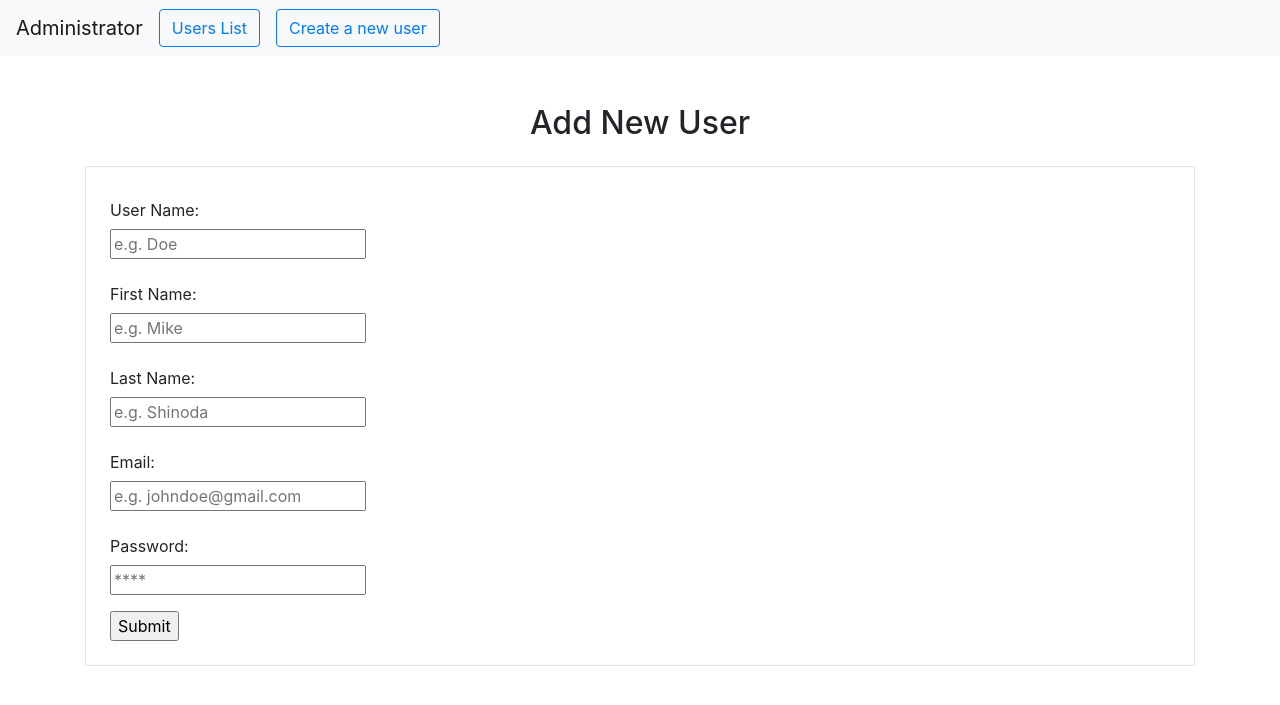
Repository: Dimitris-Kaler/Keycloak-Admin-Web-Interface
Page: http://localhost/rest-api/src/webapp/createUser.jsp
These files come from the project's save history. The page is drawn as it stood at one moment and after the next save; the edit follows.
The browser window is 1280 px wide. The pictures show the whole page.
The page is served by Tomcat 9. Other server files are loaded and not shown.

Above is the page before, as saved 2023-12-22 18:45:29.

### rest-api/src/webapp/createUser.jsp
<%@ page language="java" contentType="text/html; charset=ISO-8859-1"
    pageEncoding="ISO-8859-1"%>
<!DOCTYPE html>
<html>
<head>
<meta charset="ISO-8859-1">
<title>Insert title here</title>
<link rel="stylesheet" href="https://maxcdn.bootstrapcdn.com/bootstrap/4.0.0/css/bootstrap.min.css" integrity="sha384-Gn5384xqQ1aoWXA+058RXPxPg6fy4IWvTNh0E263XmFcJlSAwiGgFAW/dAiS6JXm" crossorigin="anonymous">
</head>
<body>
	   <nav class="navbar navbar-expand-lg navbar-light bg-light">
        <a class="navbar-brand" href="#">Administrator</a>
        <button class="navbar-toggler" type="button" data-toggle="collapse" data-target="#navbarNav"
            aria-controls="navbarNav" aria-expanded="false" aria-label="Toggle navigation">
            <span class="navbar-toggler-icon"></span>
        </button>
        <div class="collapse navbar-collapse" id="navbarNav">
            <ul class="navbar-nav">
                <li class="nav-item active">
                    <form class="form-inline my-2 my-lg-0" action="userRepository" method="GET">
                        <button class="btn btn-outline-primary my-2 my-sm-0" type="submit">Users List</button>
                    </form>
                </li>
                <li class="nav-item">
                    <form class="form-inline my-2 my-lg-0 mx-3" action="createUser" method="GET">
                        <button class="btn btn-outline-primary my-2 my-sm-0" type="submit">Create a new user</button>
                    </form>
                </li>
            </ul>
        </div>
    </nav>
    <div class="container mt-5">
<h2 class="text-center mb-4">Add New User</h2>
<form class="border p-4 form"action="addUser"method="POST" >
<div class="form-group row">
			<label for="Username" class="col-sm-3 col-form-label">User
				Name:</label>
			<div class="col-sm-10">
				<input type="text" name="Username" placeholder="e.g. Doe">
			</div>
		</div>
<div class="form-group row">
			<label for="firstName" class="col-sm-3 col-form-label">First
				Name:</label>
			<div class="col-sm-10">
				<input type="text" name="firstName" placeholder="e.g. Mike">
			</div>
		</div>
		<div class="form-group row">
			<label for="lastName" class="col-sm-3 col-form-label">Last
				Name:</label>
			<div class="col-sm-10">
				<input type="text" name="lastName" placeholder="e.g. Shinoda">
			</div>
		</div>
		<div class="form-group row">
			<label for="email" class="col-sm-3 col-form-label">Email:</label>
			<div class="col-sm-10">
				<input type="text" name="email" placeholder="e.g. johndoe@gmail.com">
			</div>
		</div>
		<div class="form-group row">
			<label for="password" class="col-sm-3 col-form-label">Password:</label>
			<div class="col-sm-10">
				<input type="text" name="password" placeholder="****">
			</div>
		</div>

<input type="submit"name="submit">


</form>
</div>
</body>
</html>

After the next save:
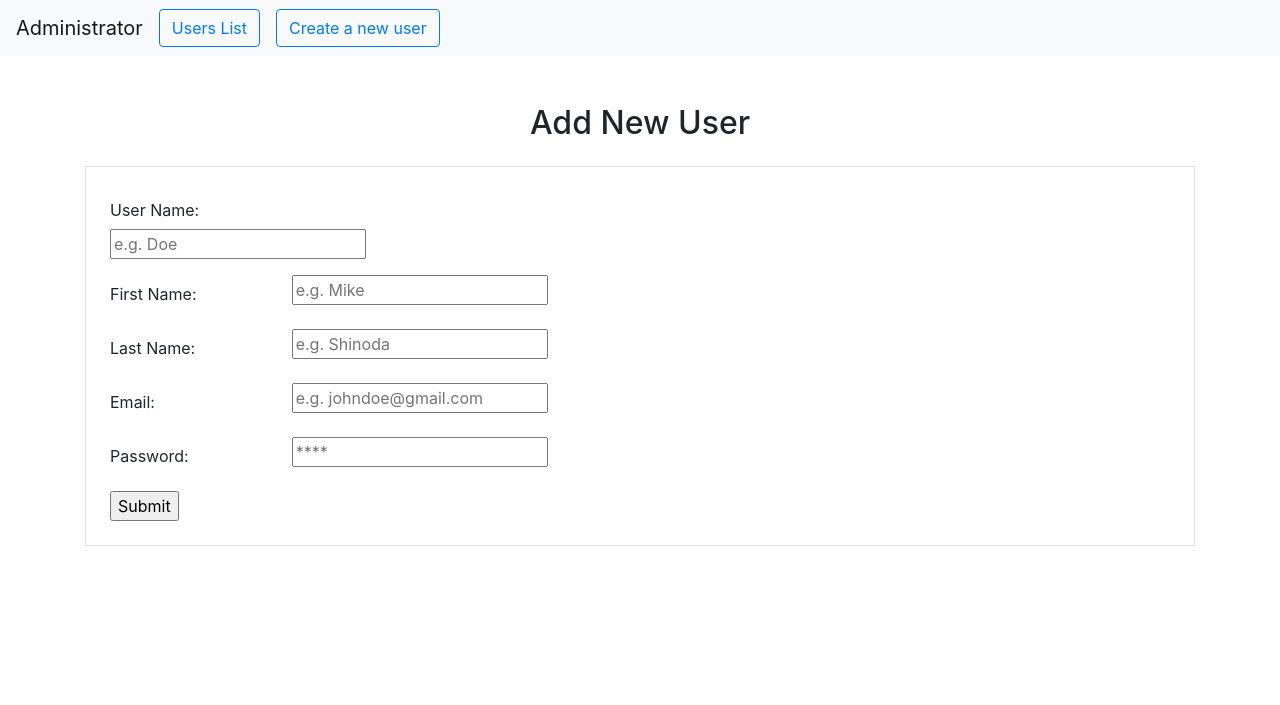
Saved 14 s later.
--- a/rest-api/src/webapp/createUser.jsp
+++ b/rest-api/src/webapp/createUser.jsp
@@ -40,27 +40,27 @@
 			</div>
 		</div>
 <div class="form-group row">
-			<label for="firstName" class="col-sm-3 col-form-label">First
+			<label for="firstName" class="col-sm-2 col-form-label">First
 				Name:</label>
 			<div class="col-sm-10">
 				<input type="text" name="firstName" placeholder="e.g. Mike">
 			</div>
 		</div>
 		<div class="form-group row">
-			<label for="lastName" class="col-sm-3 col-form-label">Last
+			<label for="lastName" class="col-sm-2 col-form-label">Last
 				Name:</label>
 			<div class="col-sm-10">
 				<input type="text" name="lastName" placeholder="e.g. Shinoda">
 			</div>
 		</div>
 		<div class="form-group row">
-			<label for="email" class="col-sm-3 col-form-label">Email:</label>
+			<label for="email" class="col-sm-2 col-form-label">Email:</label>
 			<div class="col-sm-10">
 				<input type="text" name="email" placeholder="e.g. johndoe@gmail.com">
 			</div>
 		</div>
 		<div class="form-group row">
-			<label for="password" class="col-sm-3 col-form-label">Password:</label>
+			<label for="password" class="col-sm-2 col-form-label">Password:</label>
 			<div class="col-sm-10">
 				<input type="text" name="password" placeholder="****">
 			</div>
